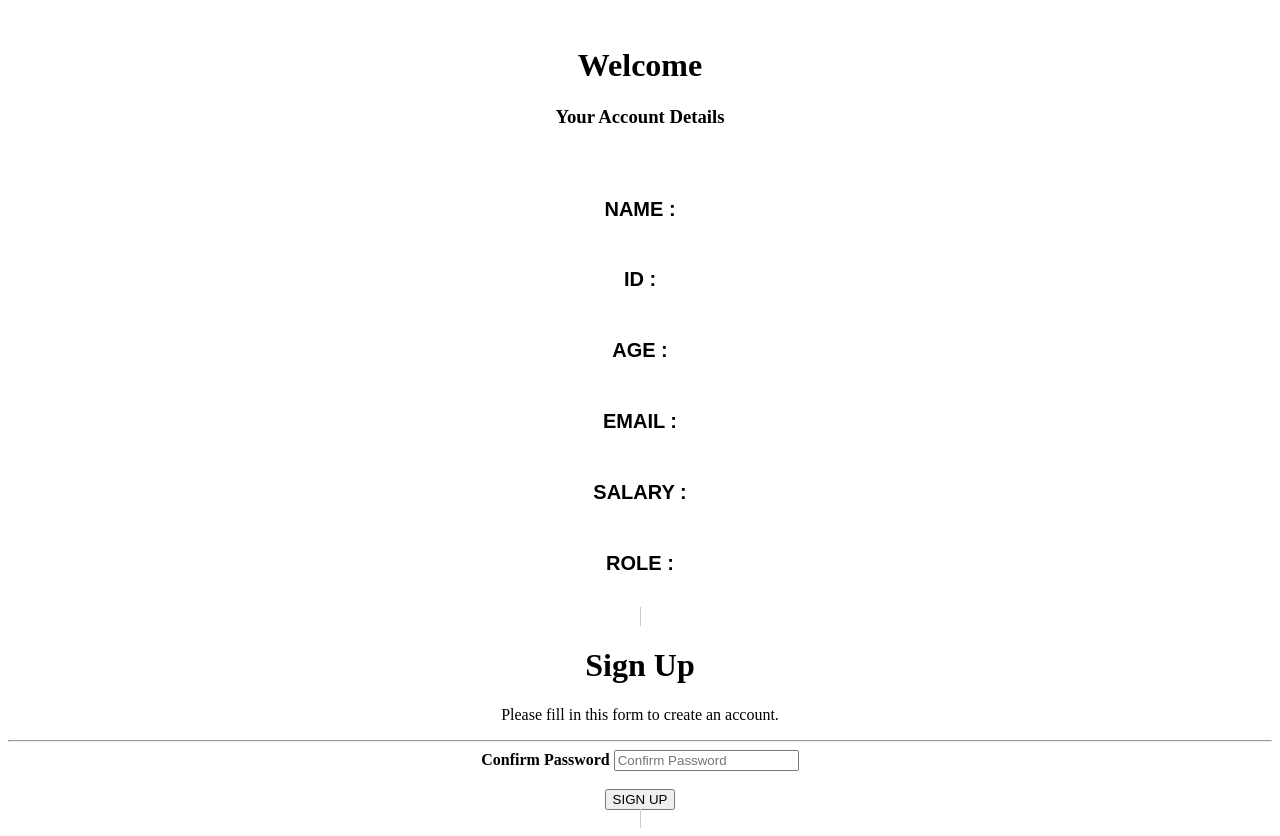
Repository: elizasharon/sprint-3-back-end
Page: http://localhost/SpringMVC2.0/WEB-INF/views/findById.jsp
These files come from the project's save history. The page is drawn as it stood at one moment and after the next save; the edit follows.
The browser window is 1280 px wide. The pictures show the whole page.
The page is served by Tomcat 9. Nobody is signed in. Other server files are loaded and not shown. The template is opened directly, without the code that normally fills it, so the values that code supplies are empty.

Above is the page before, as saved 2019-07-17 05:44:40.

### Java_Eclipse_Workspace/SpringMVC2.0/src/main/webapp/WEB-INF/views/findById.jsp
<%@ page language="java" contentType="text/html; charset=ISO-8859-1"
    pageEncoding="ISO-8859-1" isELIgnored="false" %>
<!DOCTYPE html>
<html>
<head>
<meta charset="ISO-8859-1">
<title>Employee Details</title>
<style>
	section h2 {
		font-size:18px;
		font-family: Arial, Helvetica, sans-serif;
		font-weight:100;
	}
	section h2 span{
		font-size:20px;
		font-family: Arial, Helvetica, sans-serif;
		font-weight: 900;
	}
</style>
</head>
<body style="text-align: center;">
	<br>
	<h1>Welcome ${employee.name}</h1>
	<h3>Your Account Details</h3>
	<br><br>
	<section>
		<h2><span>NAME : </span> ${employee.name}</h2>
		<br>
		<h2><span>ID : </span> ${employee.id}</h2>
		<br>
		<h2><span>AGE : </span> ${employee.age}</h2>
		<br>
		<h2><span>EMAIL : </span> ${employee.email}</h2>
		<br>
		<h2><span>SALARY : </span> ${employee.salary}</h2>
		<br>
		<h2><span>ROLE : </span> ${employee.role}</h2>
		<br>
	</section>

<form:form action="delete" method="post" style="border:1px solid #ccc">
  <div class="container">
    <h1>Sign Up</h1>
    <p>Please fill in this form to create an account.</p>
    <hr>



    <label for="password-repeat"><b>Confirm Password</b></label>
    <input type="password" id="pwd2" placeholder="Confirm Password" name="password-repeat"  />
    <br><br>



    <div class="clearfix">
      <button type="submit" class="signupbtn">SIGN UP</button>
    </div>

  </div>
</form:form>
</body>
</body>
</html>

After the next save:
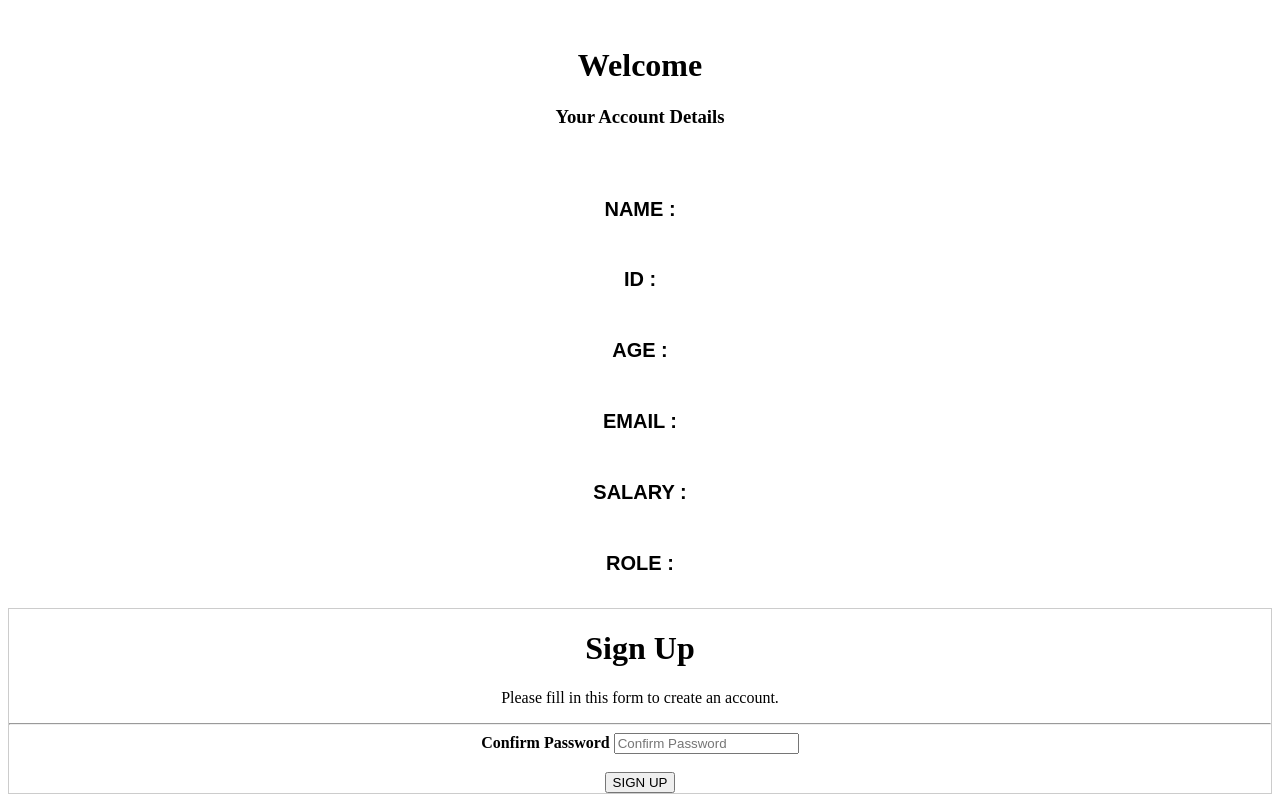
Saved 19 s later.
--- a/Java_Eclipse_Workspace/SpringMVC2.0/src/main/webapp/WEB-INF/views/findById.jsp
+++ b/Java_Eclipse_Workspace/SpringMVC2.0/src/main/webapp/WEB-INF/views/findById.jsp
@@ -1,5 +1,6 @@
 <%@ page language="java" contentType="text/html; charset=ISO-8859-1"
     pageEncoding="ISO-8859-1" isELIgnored="false" %>
+<%@ taglib prefix="form" uri="http://www.springframework.org/tags/form" %>
 <!DOCTYPE html>
 <html>
 <head>
